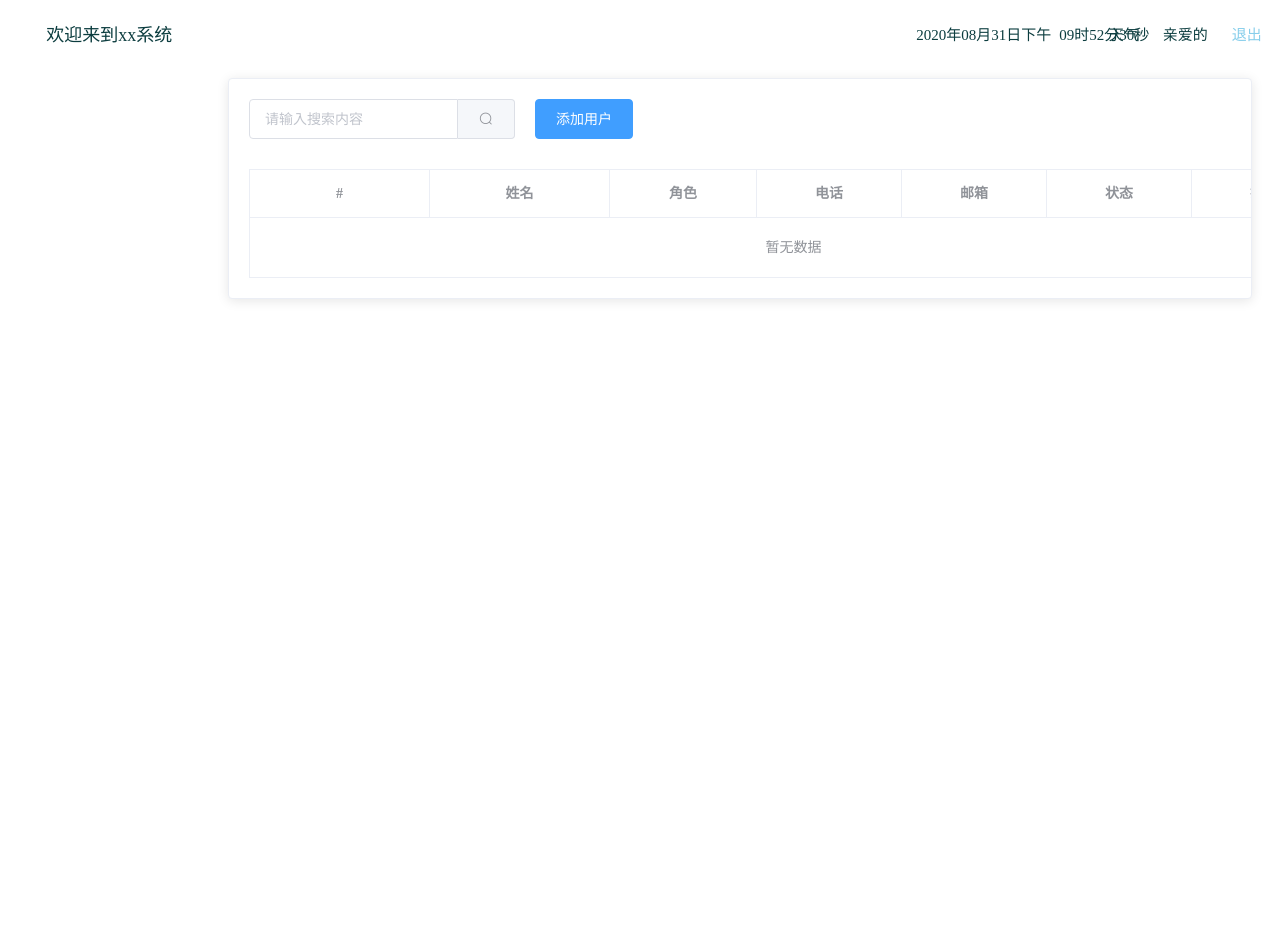
Repository: 2510699771/background-system
Page: /users/users
These files come from the project's save history. The page is drawn as it stood at one moment and after the next save; the edit follows.
The browser window is 1280 px wide. The pictures show the whole page.
The page's requests for data from a server got no answer. The project was rebuilt for these pictures with package versions that can differ from the ones it lists, and the page was loaded fresh each time. No one was signed in, and anything a server would have sent is missing. Also part of the build but not shown: vue.config.js, src/views/Home.vue.

Above is the page before, as saved 2020-08-31 21:56:15.

After the next save:
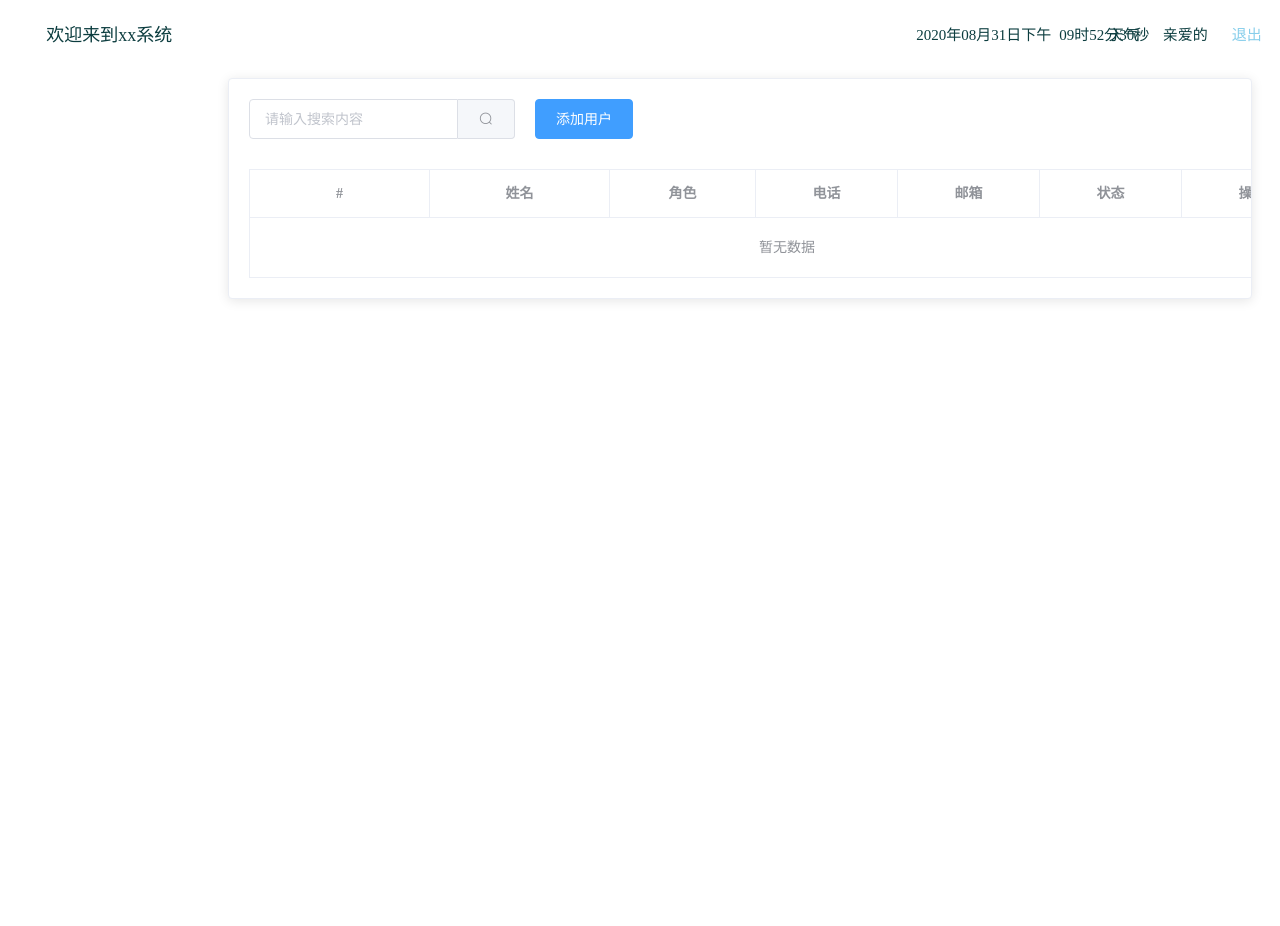
Saved 5 s later.
--- a/src/views/UserList/UserList.vue
+++ b/src/views/UserList/UserList.vue
@@ -7,7 +7,7 @@
         </el-input>
         <el-button type="primary" style="margin-left:20px">添加用户</el-button>
       </div>
-      <div style="width:85vw;margin-top:30px">
+      <div style="width:84vw;margin-top:30px">
         <el-table :data="userslist" border style="width: 100%" stripe>
           <el-table-column prop="date" label="#" width="180" type="index" align="center"></el-table-column>
           <el-table-column prop="username" label="姓名" width="180" align="center"></el-table-column>
